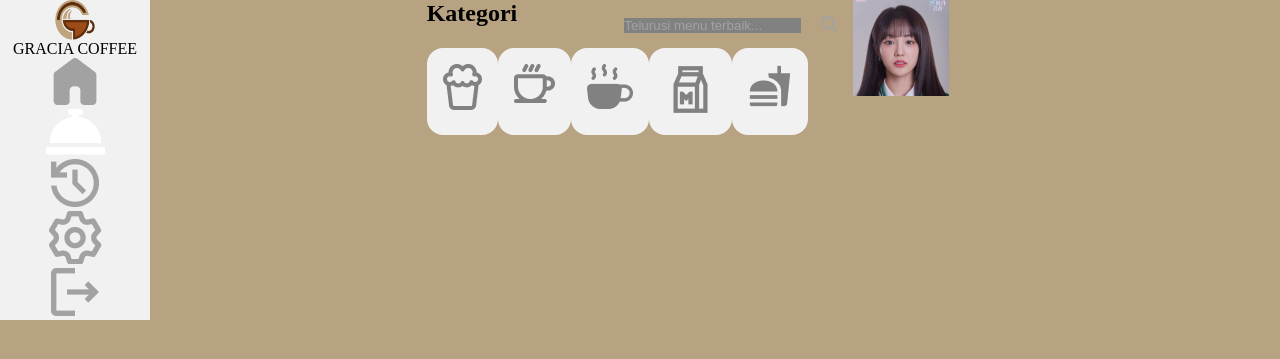
Repository: DanielChuaaa/sbd2
Page: index.html
An editor plug-in stored every save of this project. The page is shown before and after the next save, followed by the edit.
The browser window is 1280 px wide. The pictures show the whole page.
Some web libraries are served in a nearby version.

Above is the page before, as saved 2023-10-20 10:35:43.

After the next save:
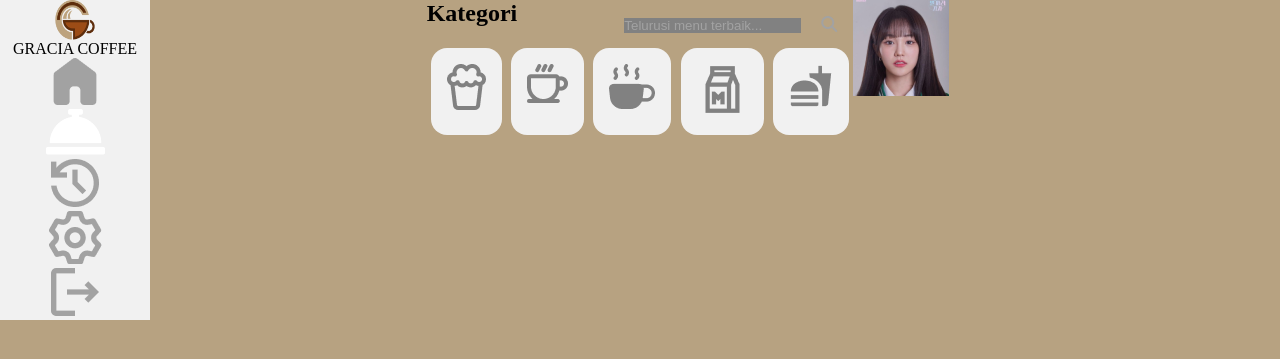
Saved 17 s later.
--- a/style.css
+++ b/style.css
@@ -65,7 +65,7 @@ body{
 
 .menu{
     display: flex;
-    justify-content: space-arounde;
+    justify-content: space-around;
 }
 
 .iconMenu{
